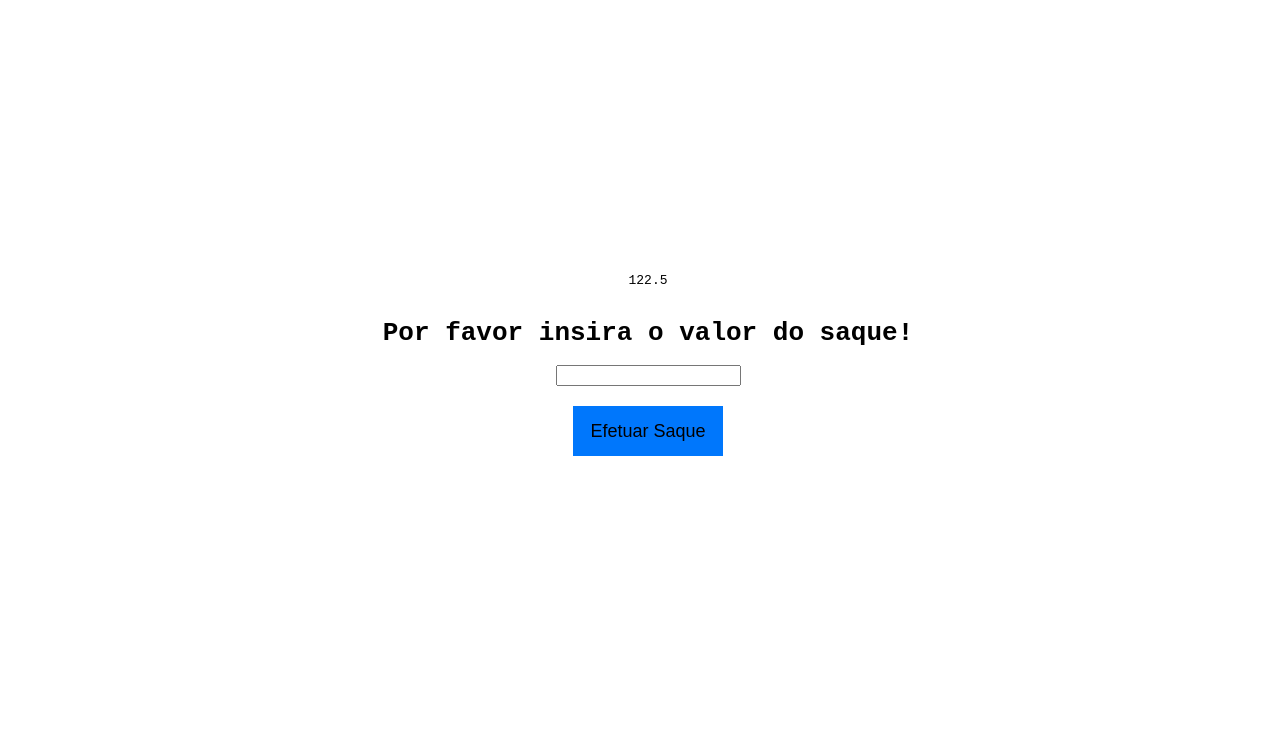
Repository: tkosudi/evlos-test-react
Page: /
An editor plug-in stored every save of this project. The page is shown before and after the next save, followed by the edit.
The browser window is 1280 px wide. The page is 1288 px wide, so the pictures cover 1288 px, including what lies to the right of the window. The pictures show the whole page.
The project was rebuilt for these pictures with package versions that can differ from the ones it lists, and the page was loaded fresh each time.

Above is the page before, as saved 2021-09-02 16:25:05.

After the next save:
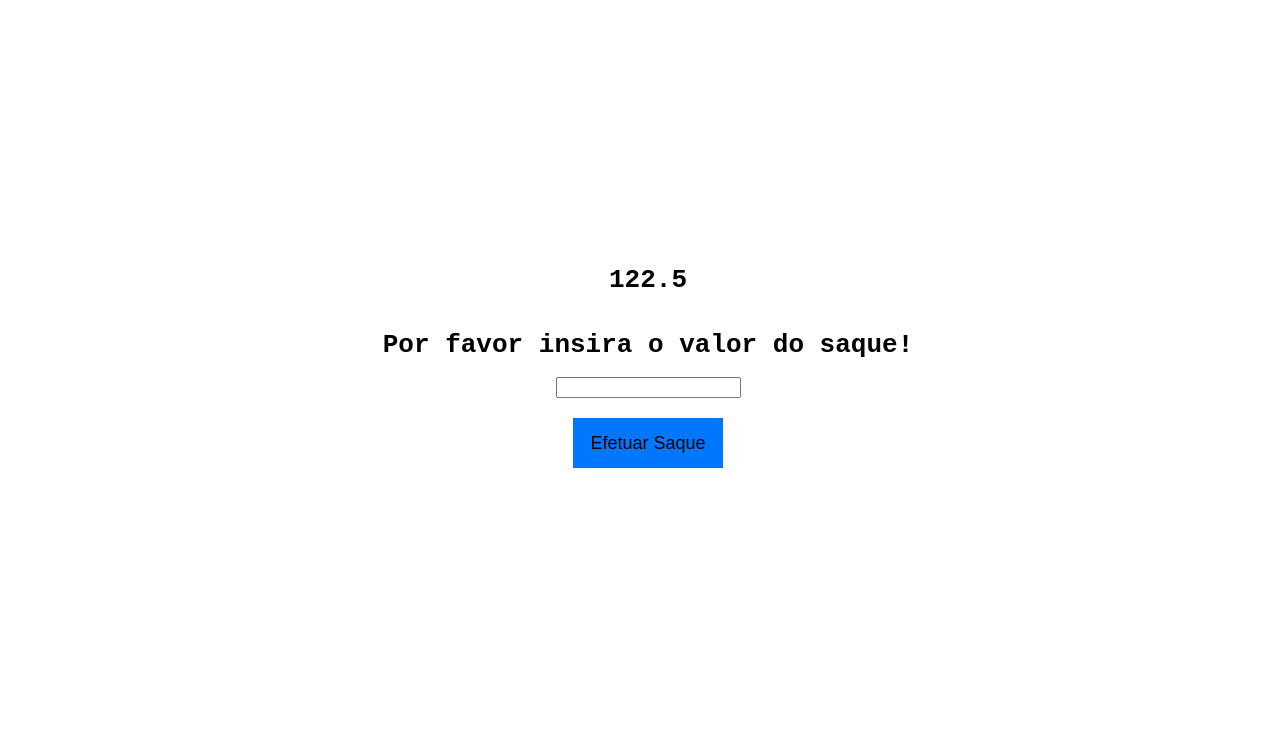
Saved 13 s later.
--- a/src/components/withdraw/index.js
+++ b/src/components/withdraw/index.js
@@ -27,7 +27,7 @@ export const WithdrawComponent = () => {
         value={inputValue}
       />
       <Message>{responseMessage}</Message>
-      <p>{customerBalance}</p>
+      <Message>{customerBalance}</Message>
     </Container>
   );
 };
